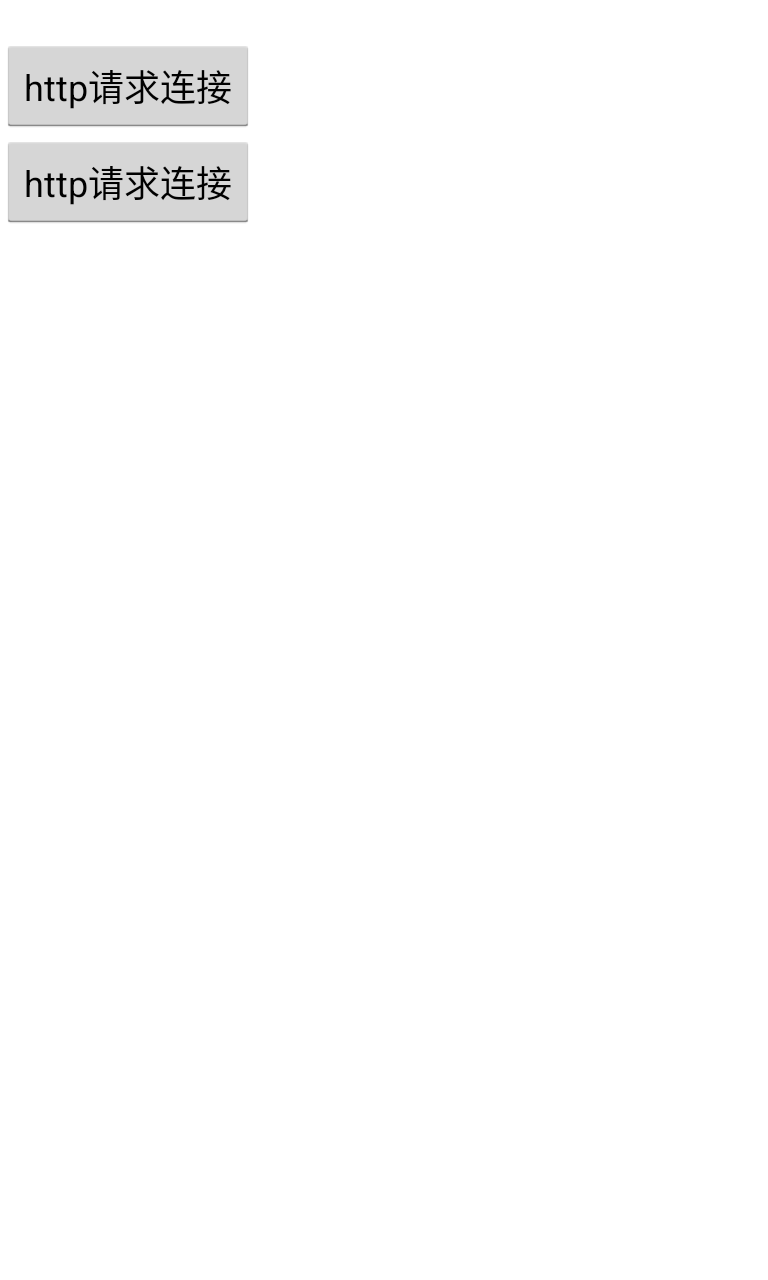
Repository: Lei13/Android
Layout: androidframe/res/layout/http_connect_activity_layout.xml
The author's editor kept a copy of each file at every save. The layout is drawn from the files as they stood at one save, then again after the next save.
It is drawn on a 768 x 1280 px phone screen (xhdpi) without system bars, with theme AppTheme; the app's code is not run.

Above is the layout before, as saved 2015-11-19 02:21:06.

### androidframe/res/layout/http_connect_activity_layout.xml
<?xml version="1.0" encoding="utf-8"?>
<LinearLayout xmlns:android="http://schemas.android.com/apk/res/android"
    android:layout_width="match_parent"
    android:layout_height="match_parent"
    android:orientation="vertical" >
    <TextView
        android:id="@+id/http_show_txt"
        android:layout_width="wrap_content"
        android:layout_height="wrap_content"/>
    <Button
        android:id="@+id/http_request_btn"
        android:layout_width="wrap_content"
        android:layout_height="wrap_content"
        android:text="http请求连接"/>

    <Button
        android:id="@+id/http_client_btn"
        android:layout_width="wrap_content"
        android:layout_height="wrap_content"
        android:text="http请求连接"/>

</LinearLayout>

### androidframe/res/values/styles.xml
<resources xmlns:android="http://schemas.android.com/apk/res/android">

    <!--
        Base application theme, dependent on API level. This theme is replaced
        by AppBaseTheme from res/values-vXX/styles.xml on newer devices.
    -->
    <style name="AppBaseTheme" parent="android:Theme.Light">
        <!--
            Theme customizations available in newer API levels can go in
            res/values-vXX/styles.xml, while customizations related to
            backward-compatibility can go here.
        -->
    </style>

    <!-- Application theme. -->
    <style name="AppTheme" parent="AppBaseTheme">
        <!-- All customizations that are NOT specific to a particular API-level can go here. -->
    </style>

    <style name="shape_style">
        <item name="android:layout_width">wrap_content</item>
        <item name="android:layout_height">wrap_content</item>
        <item name="android:textSize">18sp</item>
        <item name="android:padding">5dp</item>
        <item name="android:layout_marginTop">5dp</item>
        <item name="android:gravity">center</item>

    </style>
</resources>

Loaded but not shown: androidframe/res/values-v11/styles.xml (common file); androidframe/res/values-v14/styles.xml (common file)

After the next save:
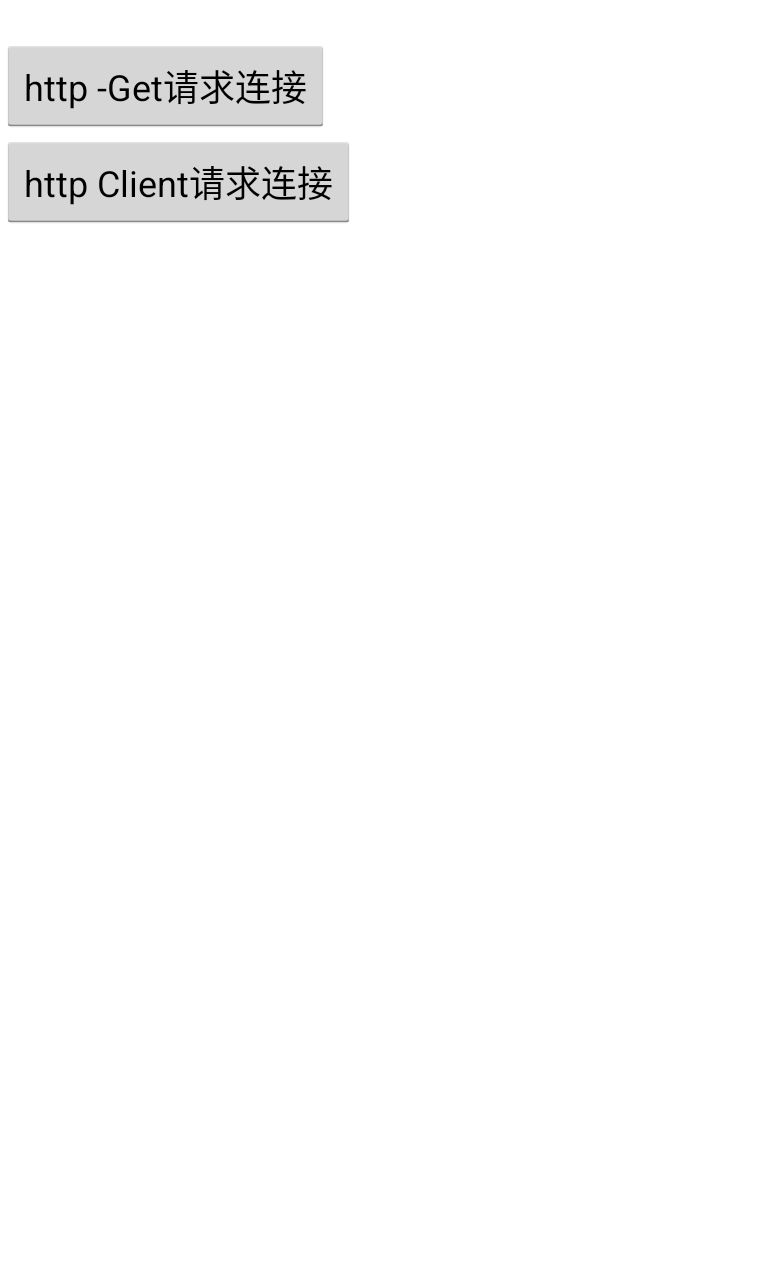
Saved 23 s later.
--- a/androidframe/res/layout/http_connect_activity_layout.xml
+++ b/androidframe/res/layout/http_connect_activity_layout.xml
@@ -11,12 +11,12 @@
         android:id="@+id/http_request_btn"
         android:layout_width="wrap_content"
         android:layout_height="wrap_content"
-        android:text="http请求连接"/>
+        android:text="http -Get请求连接"/>
 
     <Button
         android:id="@+id/http_client_btn"
         android:layout_width="wrap_content"
         android:layout_height="wrap_content"
-        android:text="http请求连接"/>
+        android:text="http Client请求连接"/>
 
 </LinearLayout>
